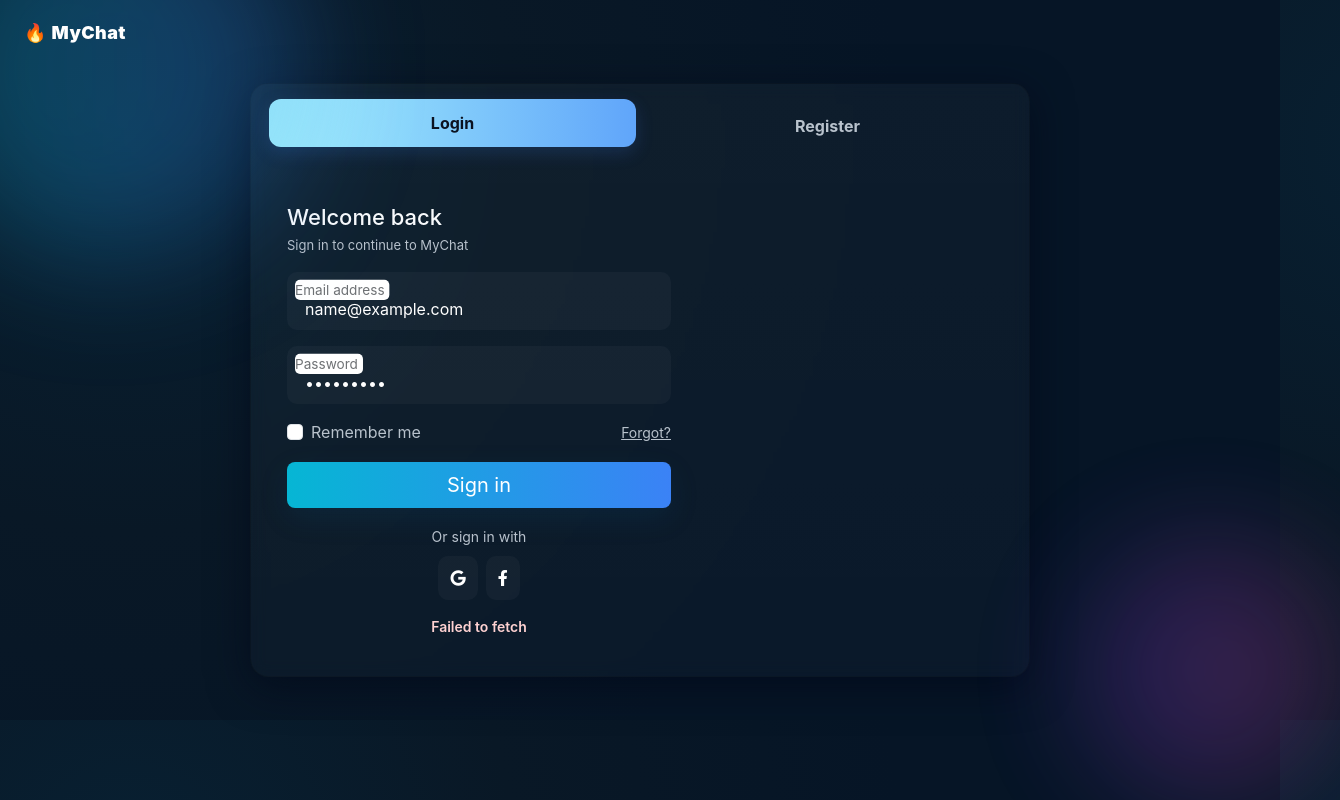
Repository: bharat132002/chat-app
Page: public/auth.html
The author's editor kept a copy of each file at every save. The page is drawn from the files as they stood at one save, then again after the next save.
The browser window is 1280 px wide. The page is 1340 px wide, so the pictures cover 1340 px, including what lies to the right of the window. The pictures show the whole page.
Empty fields were first filled with sample values (such as "Sample", 5 or name@example.com).
After loading, the first visible `#btnLogin` was clicked once.
The page's requests for data from a server got no answer.

Above is the page before, as saved 2025-12-02 17:04:39.

After the next save:
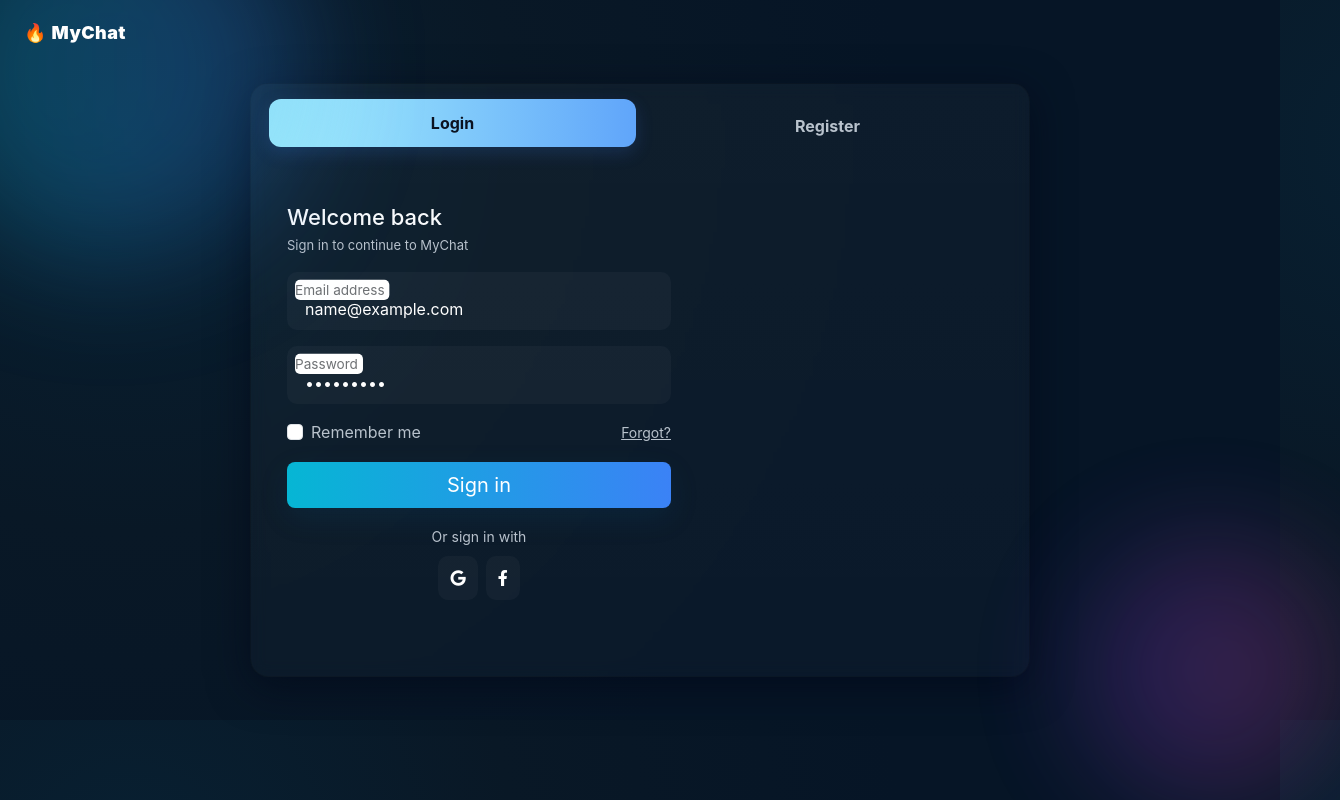
Saved 51 s later.
--- a/public/js/auth.js
+++ b/public/js/auth.js
@@ -1,125 +1,49 @@
-// auth.js - handles login/register, token storage, navbar update
-const API = ""; // same origin
+// auto-login redirect
 const tokenKey = "chat_token";
 
 document.addEventListener("DOMContentLoaded", () => {
-  // tabs
-  document.querySelectorAll(".tab-btn").forEach(btn => {
-    btn.addEventListener("click", (e) => {
-      document.querySelectorAll(".tab-btn").forEach(x => x.classList.remove("active"));
-      btn.classList.add("active");
+  const t = localStorage.getItem(tokenKey);
+  if(t) window.location.href="chat.html";
 
-      const tab = btn.dataset.tab;
-      document.querySelectorAll(".form-panel").forEach(p => p.classList.remove("active"));
-      document.getElementById(tab === "login" ? "loginForm" : "registerForm").classList.add("active");
+  document.getElementById("btnLogin").addEventListener("click", login);
+  document.getElementById("btnRegister").addEventListener("click", register);
+});
 
-      clearMsg();
-    });
+async function login(){
+  const email = document.getElementById("loginEmail").value;
+  const password = document.getElementById("loginPassword").value;
+
+  const res = await fetch("/api/auth/login",{
+    method:"POST",
+    headers:{"Content-Type":"application/json"},
+    body:JSON.stringify({email,password})
   });
 
-  // buttons
-  document.getElementById("btnRegister").addEventListener("click", register);
-  document.getElementById("btnLogin").addEventListener("click", login);
-  document.getElementById("btn-logout").addEventListener("click", logout);
-
-  // auto-login: if token exists → go to chat page
-  const t = localStorage.getItem(tokenKey);
-  if (t) {
-    redirectToChat();
-  }
-});
-
-// helper messages
-function showMsg(elId, text, ok=true) {
-  const el = document.getElementById(elId);
-  el.style.color = ok ? "#DFF7E2" : "#ffd2d2";
-  el.textContent = text;
-  setTimeout(()=>{ if (el) el.textContent = ""; }, 6000);
-}
-
-function clearMsg(){
-  ["loginMsg","regMsg"].forEach(id => document.getElementById(id).textContent = "");
-}
-
-// REGISTER
-async function register() {
-  const username = document.getElementById("regUsername").value.trim();
-  const email = document.getElementById("regEmail").value.trim();
-  const password = document.getElementById("regPassword").value;
-
-  if (!username || !email || !password) {
-    showMsg("regMsg", "All fields required", false);
-    return;
-  }
-
-  try {
-    const res = await fetch(API + "/api/auth/register", {
-      method: "POST",
-      headers: {"Content-Type":"application/json"},
-      body: JSON.stringify({ username, email, password })
-    });
-    const data = await res.json();
-
-    if (data.success) {
-      showMsg("regMsg", "Registered! Logging you in...", true);
-      await login(email, password);
-    } else {
-      showMsg("regMsg", data.msg || "Register failed", false);
-    }
-  } catch (err) {
-    showMsg("regMsg", err.message || "Network error", false);
+  const data = await res.json();
+  if(data.success){
+    localStorage.setItem(tokenKey, data.token);
+    window.location.href="chat.html";
+  } else {
+    alert(data.msg);
   }
 }
 
-// LOGIN
-async function login(prefilledEmail, prefilledPassword) {
-  const email = prefilledEmail || document.getElementById("loginEmail").value.trim();
-  const password = prefilledPassword || document.getElementById("loginPassword").value;
+async function register(){
+  const username = document.getElementById("regUsername").value;
+  const email = document.getElementById("regEmail").value;
+  const password = document.getElementById("regPassword").value;
 
-  if (!email || !password) {
-    showMsg("loginMsg", "Provide email & password", false);
-    return;
-  }
+  const res = await fetch("/api/auth/register",{
+    method:"POST",
+    headers:{"Content-Type":"application/json"},
+    body:JSON.stringify({username,email,password})
+  });
 
-  try {
-    const res = await fetch(API + "/api/auth/login", {
-      method: "POST",
-      headers: {"Content-Type":"application/json"},
-      body: JSON.stringify({ email, password })
-    });
-
-    const data = await res.json();
-
-    if (data.success && data.token) {
-      localStorage.setItem(tokenKey, data.token);
-
-      // 🚀 login successful → go to chat page
-      redirectToChat();
-
-    } else {
-      showMsg("loginMsg", data.msg || "Login failed", false);
-    }
-  } catch (err) {
-    showMsg("loginMsg", err.message || "Network error", false);
+  const data = await res.json();
+  if(data.success){
+    alert("Registered! Logging in...");
+    await login(email,password);
+  } else {
+    alert(data.msg);
   }
 }
-
-// REDIRECT TO CHAT PAGE
-function redirectToChat() {
-  window.location.href = "chat.html";
-}
-
-// LOGOUT
-function logout() {
-  localStorage.removeItem(tokenKey);
-
-  // return to login tab
-  document.getElementById("nav-username").classList.add("hidden");
-  document.getElementById("btn-logout").classList.add("hidden");
-
-  document.querySelectorAll(".tab-btn").forEach(x => x.classList.remove("active"));
-  document.querySelector('[data-tab="login"]').classList.add("active");
-
-  document.getElementById("registerForm").classList.remove("active");
-  document.getElementById("loginForm").classList.add("active");
-}

After the save that followed:
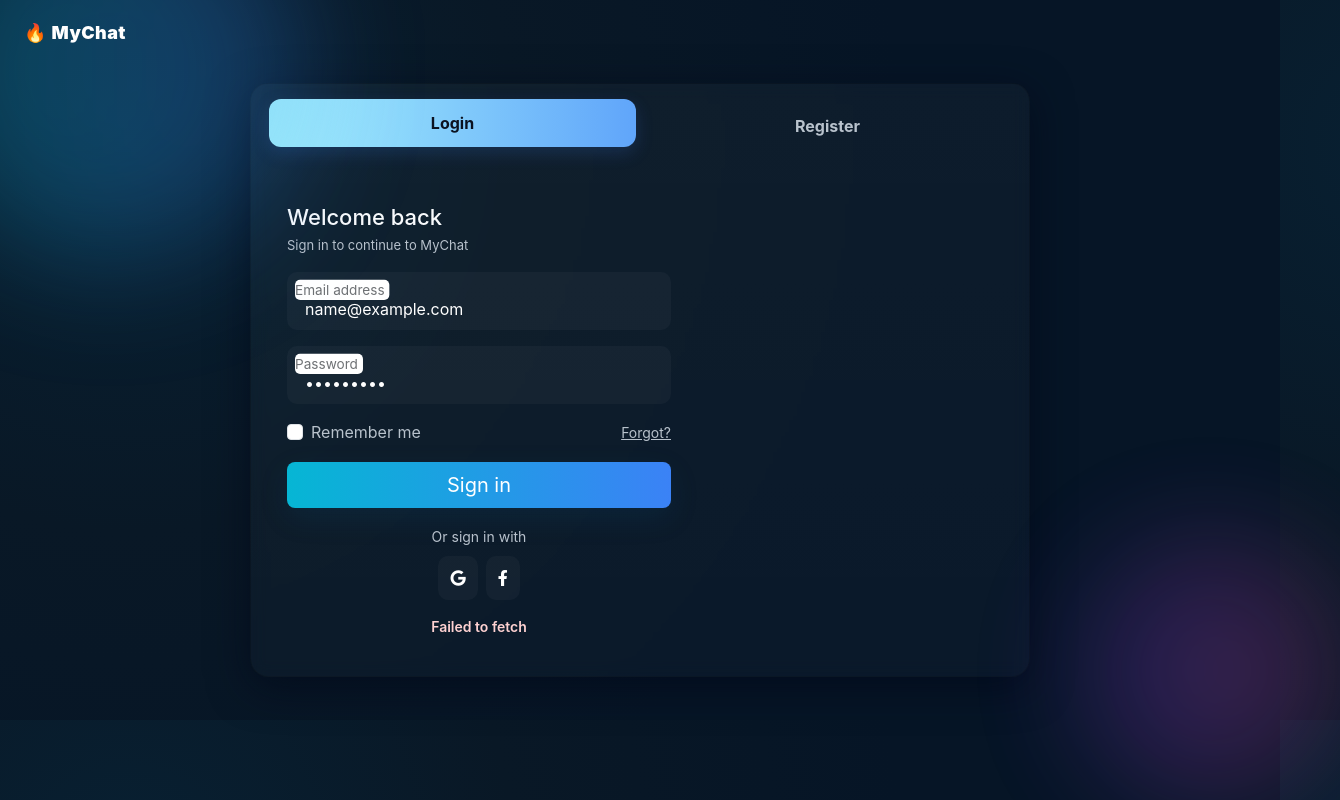
Saved 6 min 19 s later.
--- a/public/js/auth.js
+++ b/public/js/auth.js
@@ -1,49 +1,129 @@
-// auto-login redirect
+const API = ""; // same origin
 const tokenKey = "chat_token";
 
 document.addEventListener("DOMContentLoaded", () => {
+  // Tabs switching
+  document.querySelectorAll(".tab-btn").forEach(btn => {
+    btn.addEventListener("click", (e) => {
+      document.querySelectorAll(".tab-btn").forEach(x => x.classList.remove("active"));
+      btn.classList.add("active");
+
+      const tab = btn.dataset.tab;
+      document.querySelectorAll(".form-panel").forEach(p => p.classList.remove("active"));
+      document.getElementById(tab === "login" ? "loginForm" : "registerForm").classList.add("active");
+
+      clearMsg();
+    });
+  });
+
+  // Attach buttons
+  document.getElementById("btnRegister").addEventListener("click", register);
+  document.getElementById("btnLogin").addEventListener("click", login);
+  document.getElementById("btn-logout").addEventListener("click", logout);
+
+  // Auto-login: if token exists → redirect to chat
   const t = localStorage.getItem(tokenKey);
-  if(t) window.location.href="chat.html";
-
-  document.getElementById("btnLogin").addEventListener("click", login);
-  document.getElementById("btnRegister").addEventListener("click", register);
+  if (t) redirectToChat();
 });
 
-async function login(){
-  const email = document.getElementById("loginEmail").value;
-  const password = document.getElementById("loginPassword").value;
+// Show helper messages
+function showMsg(elId, text, ok=true) {
+  const el = document.getElementById(elId);
+  if (!el) return;
+  el.style.color = ok ? "#DFF7E2" : "#ffd2d2";
+  el.textContent = text;
+  setTimeout(() => { if (el) el.textContent = ""; }, 6000);
+}
 
-  const res = await fetch("/api/auth/login",{
-    method:"POST",
-    headers:{"Content-Type":"application/json"},
-    body:JSON.stringify({email,password})
+// Clear messages
+function clearMsg() {
+  ["loginMsg", "regMsg"].forEach(id => {
+    const el = document.getElementById(id);
+    if (el) el.textContent = "";
   });
+}
 
-  const data = await res.json();
-  if(data.success){
-    localStorage.setItem(tokenKey, data.token);
-    window.location.href="chat.html";
-  } else {
-    alert(data.msg);
+// REGISTER
+async function register() {
+  const username = document.getElementById("regUsername").value.trim();
+  const email = document.getElementById("regEmail").value.trim();
+  const password = document.getElementById("regPassword").value;
+
+  if (!username || !email || !password) {
+    showMsg("regMsg", "All fields required", false);
+    return;
+  }
+
+  try {
+    const res = await fetch(API + "/api/auth/register", {
+      method: "POST",
+      headers: {"Content-Type":"application/json"},
+      body: JSON.stringify({ username, email, password })
+    });
+    const data = await res.json();
+
+    if (data.success) {
+      showMsg("regMsg", "Registered! Logging you in...", true);
+      await login(email, password); // Auto login
+    } else {
+      showMsg("regMsg", data.msg || "Register failed", false);
+    }
+  } catch (err) {
+    showMsg("regMsg", err.message || "Network error", false);
   }
 }
 
-async function register(){
-  const username = document.getElementById("regUsername").value;
-  const email = document.getElementById("regEmail").value;
-  const password = document.getElementById("regPassword").value;
+// LOGIN
+async function login(prefilledEmail, prefilledPassword) {
+  const email = prefilledEmail || document.getElementById("loginEmail").value.trim();
+  const password = prefilledPassword || document.getElementById("loginPassword").value;
 
-  const res = await fetch("/api/auth/register",{
-    method:"POST",
-    headers:{"Content-Type":"application/json"},
-    body:JSON.stringify({username,email,password})
-  });
+  if (!email || !password) {
+    showMsg("loginMsg", "Provide email & password", false);
+    return;
+  }
 
-  const data = await res.json();
-  if(data.success){
-    alert("Registered! Logging in...");
-    await login(email,password);
-  } else {
-    alert(data.msg);
+  try {
+    const res = await fetch(API + "/api/auth/login", {
+      method: "POST",
+      headers: {"Content-Type":"application/json"},
+      body: JSON.stringify({ email, password })
+    });
+
+    const data = await res.json();
+
+    if (data.success && data.token) {
+      localStorage.setItem(tokenKey, data.token);
+
+      // Redirect to chat page
+      redirectToChat();
+
+    } else {
+      showMsg("loginMsg", data.msg || "Login failed", false);
+    }
+  } catch (err) {
+    showMsg("loginMsg", err.message || "Network error", false);
   }
 }
+
+// REDIRECT TO CHAT PAGE
+function redirectToChat() {
+  window.location.href = "chat.html";
+}
+
+// LOGOUT
+function logout() {
+  localStorage.removeItem(tokenKey);
+
+  // hide username/logout
+  const navUser = document.getElementById("nav-username");
+  const btnOut = document.getElementById("btn-logout");
+  if(navUser) navUser.classList.add("hidden");
+  if(btnOut) btnOut.classList.add("hidden");
+
+  // return to login tab
+  document.querySelectorAll(".tab-btn").forEach(x => x.classList.remove("active"));
+  document.querySelector('[data-tab="login"]').classList.add("active");
+  document.getElementById("registerForm").classList.remove("active");
+  document.getElementById("loginForm").classList.add("active");
+}
